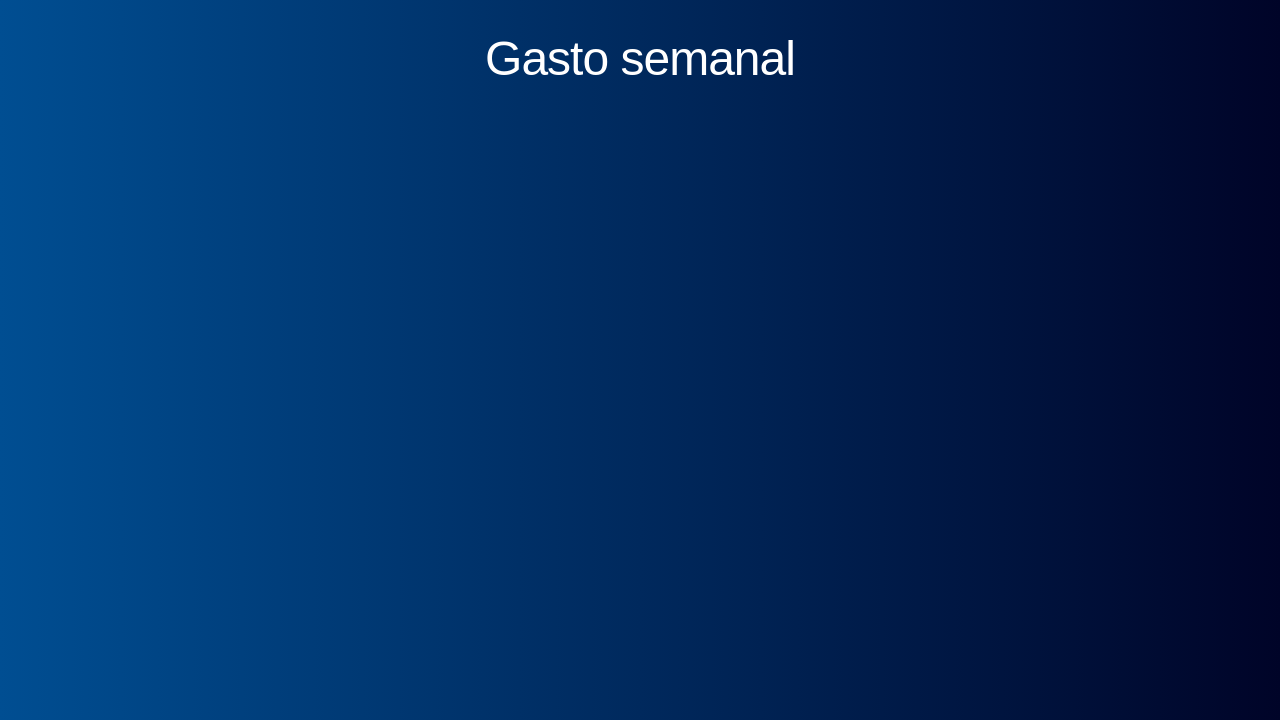
Repository: leonmezu1/presupuesto
Page: /
The author's editor kept a copy of each file at every save. The page is drawn from the files as they stood at one save, then again after the next save.
The browser window is 1280 px wide. The pictures show the whole page.
The project was rebuilt for these pictures with package versions that can differ from the ones it lists, and the page was loaded fresh each time.

Above is the page before, as saved 2020-10-07 10:52:31.

### src/App.js
import React from 'react';

function App() {
  return (
    <div className="container">
      <header>
        <h1>Gasto semanal</h1>
      </header>
    </div>
  );
}

export default App;

### src/components/Pregunta.js
import React, { Fragment } from 'react';

const Pregunta = () => {
    return (
        <Fragment>
            <h2>Coloca tu presupuesto</h2>
            <form>
                <input
                    type="number"
                    className="u-full-width"
                    placeholder="Coloca tu presupesto"
                />
                <input
                    type="submit"
                    className="button-primary u-full-width"
                    value="Definir presupuesto"
                />
            </form>
        </Fragment>

    );
}

export default Pregunta;

Loaded but not shown: public/index.html (common file); src/index.js (common file); src/index.css (common file); src/serviceWorker.js (common file)

After the next save:
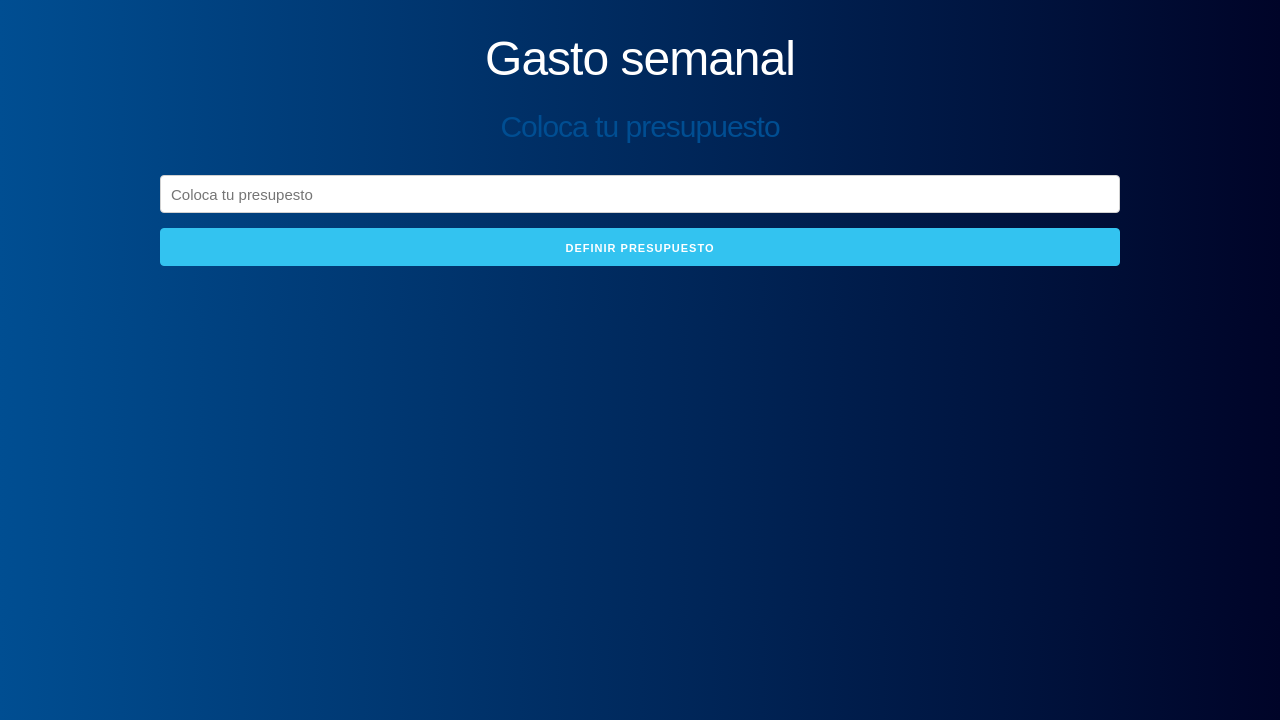
Saved 21 s later.
--- a/src/App.js
+++ b/src/App.js
@@ -1,10 +1,12 @@
 import React from 'react';
+import Pregunta from './components/Pregunta';
 
 function App() {
   return (
     <div className="container">
       <header>
         <h1>Gasto semanal</h1>
+        <Pregunta />
       </header>
     </div>
   );
